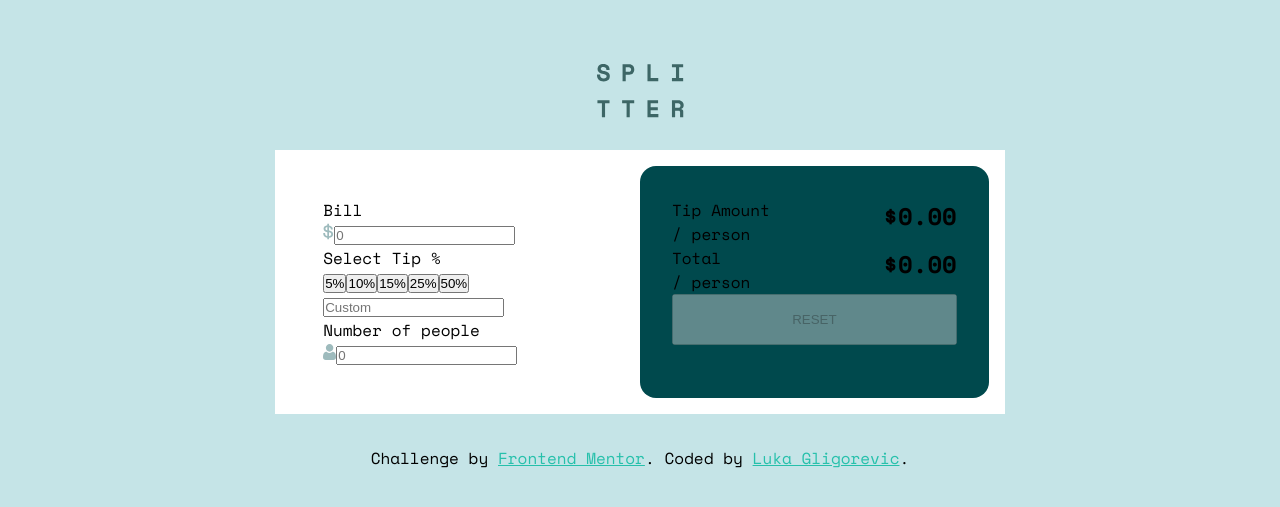
Repository: gligor99/tip-fmentor
Page: /
The author's editor kept a copy of each file at every save. The page is drawn from the files as they stood at one save, then again after the next save.
The browser window is 1280 px wide. The pictures show the whole page.
The project was rebuilt for these pictures with package versions that can differ from the ones it lists, and the page was loaded fresh each time.

Above is the page before, as saved 2021-11-27 17:52:36.

After the next save:
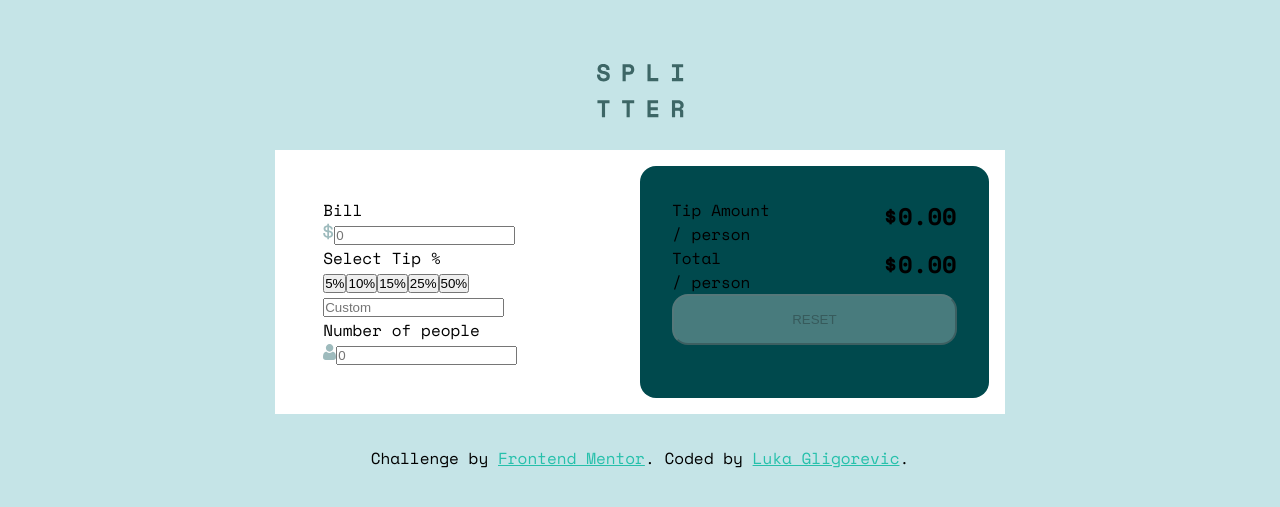
Saved 14 s later.
--- a/src/index.css
+++ b/src/index.css
@@ -76,4 +76,5 @@ body {
 .rightside, .reset-btn {
   padding: 1rem;
   width: 100%;
+  border-radius: 1rem;
 }
